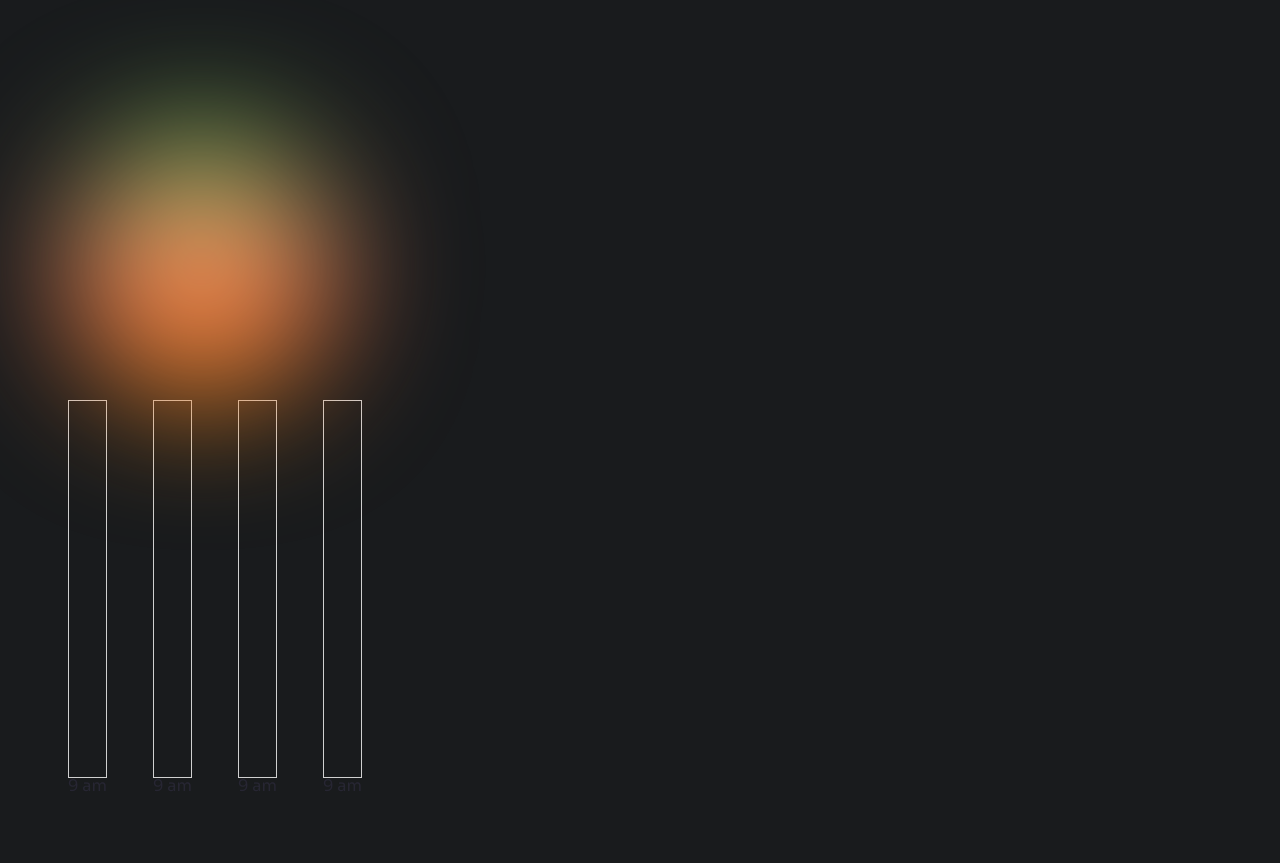
Repository: anhthiethumg/Task_Managerment_Website
Page: index.html
The author's editor kept a copy of each file at every save. The page is drawn from the files as they stood at one save, then again after a run of saves.
The browser window is 1280 px wide. The pictures show the part of the page from y = 2400 to 3263 px (the page is 3263 px tall).
A picture or video elsewhere on the page could not be fetched, so the positions and the page height are approximate.

Above is the page before, as saved 2023-07-31 08:36:44.

### index.html
<!DOCTYPE html>
<html lang="en">
  <head>
    <meta charset="UTF-8" />
    <meta name="viewport" content="width=device-width, initial-scale=1.0" />
    <title>Task Managerment Website</title>
    <!-- Reset Css -->
    <link rel="stylesheet" href="./assets/css/reset.css" />

    <!-- CSS -->
    <link rel="stylesheet" href="./assets/css/styles.css" />

    <!-- Embed Font-->

    <link rel="preconnect" href="https://fonts.googleapis.com" />
    <link rel="preconnect" href="https://fonts.gstatic.com" crossorigin />
    <link
      href="https://fonts.googleapis.com/css2?family=Sora:wght@400;600;700;800&display=swap"
      rel="stylesheet"
    />
  </head>
  <body>
    <!-- Header -->
    <section class="header">
      <div class="container">
        <navbar class="row nav">
          <img src="./assets/image/logo.svg" alt="Task." />
          <div class="nav-list">
            <a class="nav-item" href="#!">Home</a>
            <a class="nav-item" href="#!">Products</a>
            <a class="nav-item" href="#!">Guidlines</a>
            <a class="nav-item" href="#!">Guidlines</a>
          </div>
          <button class="btn nav-btn">Sign In</button>
        </navbar>
        <section class="hero">
          <div class="row hero__content">
            <div class="stacked-circles">
              <div class="circles"></div>
              <div class="circles"></div>
              <div class="circles"></div>
              <div class="circles"></div>
            </div>
            <div class="hero--content__heading">
              <h1 class="hero__heading">
                Make <span class="heading__liner">Management</span> Way More
                Easier Than Ever
              </h1>
              <p class="hero__desc section-desc">
                The online collaborative management platform to bring more
                efficiency and performace
              </p>
              <div class="hero-btn row">
                <button type="button" class="btn hero__btn">
                  Request Demo
                </button>
                <button type="button" class="btn hero__btn">Contact Us</button>
              </div>
            </div>
            <div class="stacked-circles">
              <div class="circles"></div>
              <div class="circles"></div>
              <div class="circles"></div>
              <div class="circles"></div>
            </div>
          </div>
          <section class="task-manager row">
            <sidebar class="sidebar">
              <div class="row sidebar__header">
                <img
                  src="./assets/icons/icon-sidebar.svg"
                  alt="icon-sidebar"
                  class="icon__sidebar"
                />
                <img
                  src="./assets/icons/dashboard-icon.svg"
                  alt="dashboard-icon"
                  class="dashboard-icon"
                />
                <h4 class="sidebar__heading">Dashboard</h4>
              </div>
              <div class="sidebar__list">
                <h4 class="sidebar__list--heading">Collections</h4>
                <div class="sidebar__list--item">
                  <h5 class="sidebar__item--content">School</h5>
                </div>
                <div class="sidebar__list--item">
                  <h5 class="sidebar__item--content">Personal</h5>
                </div>
              </div>
            </sidebar>
            <section class="task-manager__section">
              <div class="task__header row">
                <img src="./assets/icons/school.png" alt="Back" class="back" />
                <img
                  src="./assets/icons/contact us icon.png"
                  alt="Contact"
                  class="contact-us"
                />
              </div>
              <div class="task__content row">
                <div class="list--work">
                  <div class="list-sort">Sort</div>
                  <div class="work--item">Finish the Easay collaboration</div>
                  <div class="work--item">Do the math for next monday</div>
                  <div class="work--item">
                    Read the next chapter of the book
                  </div>
                  <div class="work--item">
                    Send the collabaration files to jerusha
                  </div>
                  <div class="work--item">
                    Finish the powerpoint presentation
                  </div>
                  <div class="work--item">Add task</div>
                </div>
                <div class="daily-task">
                  <div class="dailytask__heading">Daily task.</div>
                  <img
                    class="dailytask__img"
                    src="./assets/image/Rectangle 50.png"
                    alt="Daily task"
                  />
                </div>
              </div>
              <div class="card">
                <div class="card__heading">Collections</div>
                <div class="card__list">
                  <div class="card__item">
                    <div class="card__item--icon"></div>
                    <div class="card__item--content">
                      <h4 class="card__item--title">School</h4>
                      <p class="card__item--desc">4 task plus tomorrow.</p>
                    </div>
                  </div>
                  <div class="card__item">
                    <div class="card__item--icon"></div>
                    <div class="card__item--content">
                      <h4 class="card__item--title">Personal</h4>
                      <p class="card__item--desc">1 task plus today.</p>
                    </div>
                  </div>
                  <div class="card__item">
                    <div class="card__item--icon"></div>
                    <div class="card__item--content">
                      <h4 class="card__item--title">Design</h4>
                      <p class="card__item--desc">3 task plus rewt week.</p>
                    </div>
                  </div>
                </div>
              </div>
            </section>
          </section>
        </section>
      </div>
    </section>

    <!-- Main -->
    <main class="main">
      <div class="container">
        <!-- Services -->
        <section class="services">
          <div class="services__icon--list">
            <div class="services__icon--bg">
              <img
                src="./assets/icons/report.png"
                alt="Report"
                class="services__icon"
              />
            </div>
            <img src="./assets/icons/dash line-1.svg" alt="dash-line" />
            <div class="services__icon--bg">
              <img
                src="./assets/icons/server.png"
                alt="Server"
                class="services__icon"
              />
            </div>

            <img src="./assets/icons/dash line-1.svg" alt="dash-line" />
            <div class="services__icon--bg">
              <img
                src="./assets/icons/support.png"
                alt="Support"
                class="services__icon"
              />
            </div>
          </div>
          <div class="services__list row">
            <div class="services__items">
              <h3 class="services__heading">Structured Reports</h3>
              <p class="services__desc">
                Sed rhoncus sit sed tellus donec lorem lectus nunc, ornare
              </p>
            </div>
            <div class="services__items">
              <h3 class="services__heading">Cloud System</h3>
              <p class="services__desc">
                Sed rhoncus sit sed tellus donec lorem lectus nunc, ornare
              </p>
            </div>
            <div class="services__items">
              <h3 class="services__heading">24/7 Support</h3>
              <p class="services__desc">
                Sed rhoncus sit sed tellus donec lorem lectus nunc, ornare
              </p>
            </div>
          </div>
        </section>

        <!-- Static -->

        <section class="static row">
          <section class="static__content">
            <h2 class="static__heading section__heading">
              Okay, <span class="heading__liner">Let’s</span> see D’task in
              numbers
            </h2>
            <p class="static__desc section__desc">
              Powering a productive team means using a powerful tool (and plenty
              of snacks). From meetings and projects to events and goal setting,
              D'taak intuitive features give any team the ability to quickly set
              up and customize workflows for just about anything
            </p>
            <div class="static__dot row">
              <div class="dot"></div>
              <div class="dot"></div>
              <div class="dot"></div>
            </div>
            <div class="static__list row">
              <div class="static__item">
                <div class="static--item__number">12M</div>
                <div class="static--item__title">Support</div>
              </div>
              <div class="static__item">
                <div class="static--item__number">16</div>
                <div class="static--item__title">Active User</div>
              </div>
              <div class="static__item">
                <div class="static--item__number">7/24</div>
                <div class="static--item__title">Languages</div>
              </div>
            </div>
          </section>
          <div class="static__media">
            <img
              class="static--media__bg"
              src="./assets/image/static_background.svg"
              alt="background"
            />
            <div class="dash-shape"></div>
            <div class="dash-shape"></div>
            <div class="dash-shape"></div>
            <div class="dash-shape"></div>
            <!-- <div class="static--media__item row">
              <h3 class="static--media__title ">
                <span class="heading__liner">Online Support</span>
              </h3>
              <img class="static--media__icons" src = "./assets/icons/video-button.svg"/>
            </div>
            <div class="static--media__item row">
              <h3 class="static--media__title ">
                <span class="heading__liner">Exercitation</span>
              </h3>
              <img class="static--media__icons" src = "./assets/icons/Exercitation-icon.svg"/>
            </div>
            <div class="static--media__item row">
              <h3 class="static--media__title ">
                <span class="heading__liner">D’ task</span>
              </h3>
              <img class="static--media__icons" src = "./assets/icons/video-button.svg"/>
            </div>
            <div class="static--media__item row">
              <h3 class="static--media__title ">
                <span class="heading__liner">Design</span>
              </h3>
              <img class="static--media__icons" src = "./assets/icons/video-button.svg"/>
            </div> -->
          </div>
        </section>
      </div>
      <!-- Features -->
      <section class="features">
        <div class="container row">
          <div class="feature__meida">
            <div class="shape--blur"></div>
            <div class = "block--line">
              <div class="dash--line">
                <div class="line"></div>
                <div class="dash-line__content">
                  9 am
                </div>
              </div>
              <div class="dash--line">
                <div class="line"></div>
                <div class="dash-line__content">
                  9 am
                </div>
              </div>
              <div class="dash--line">
                <div class="line"></div>
                <div class="dash-line__content">
                  9 am
                </div>
              </div>
              <div class="dash--line">
                <div class="line"></div>
                <div class="dash-line__content">
                  9 am
                </div>
              </div>
            </div>
          </div>
          <div class="feature__content"></div>
        </div>
      </section>
    </main>
  </body>
</html>

### assets/css/styles.css
* {
  box-sizing: border-box;
}

html {
  font-size: 62.5%;
}

:root {
  color: var(--text-color-gray-2, #282c30);
  color: var(--text-color-white, #f9f9f9);
  color: var(
    --primary-color-leniar-color,
    linear-gradient(90deg, #eb9204 1.67%, #83e868 89.99%)
  );
  color: var(--primary-color-background, #131517);
  color: var(--text-color-dark-blue, #272633);
}

body {
  font-size: 1.6rem;
  font-family: "Sora", sans-serif;
  background: var(--primary-color-background, #131517);
}

/* Common */

a {
  text-decoration: none;
}

.container {
  width: 1144px;
  margin: 0 auto;
}

.row {
  display: flex;
}

.btn {
  width: 110px;
  height: 40px;
  border-radius: 8px;
  border: 1px solid var(--text-color-dark-blue, #272633);
  background: #131517;
  text-align: center;
}

.section__desc {
  color: var(--text-color-gray-1, #858b93);
  text-align: center;
  font-size: 1.6rem;
  font-weight: 400;
  line-height: 1.625;
}

.section__heading {
  color: var(--text-color-white, #f9f9f9);
  font-size: 4rem;
  font-weight: 600;
}
/* Header */

.header {
  margin-top: 40px;
  margin-bottom: 140px;
  padding-top: 10px;
}

/* Navbar */

.nav {
  justify-content: space-between;
  align-items: center;
  height: 40px;
  margin-bottom: 157px;
}

.nav-item {
  margin-right: 36px;
  color: var(--text-color-gray-1, #858b93);
  font-size: 1.6rem;
  font-weight: 400;
  line-height: 1.5;
}

.nav-item:hover {
  color: var(--text-color-white, #f9f9f9);
  text-decoration: underline;
}

.nav-btn {
  background: var(
    --primary-color-leniar-color,
    linear-gradient(90deg, #eb9204 1.67%, #83e868 89.99%)
  );
  background-clip: text;
  -webkit-background-clip: text;
  -webkit-text-fill-color: transparent;
  font-size: 1.6rem;
  font-weight: 400;
  line-height: 1.5;
}

/* hero-content */
.hero__content {
  padding: 0 25px;
  justify-content: space-between;
}
.hero__heading {
  margin: 0 auto 34px;
  width: 783px;
  color: var(--text-color-white, #f9f9f9);
  text-align: center;
  font-size: 6rem;
  font-weight: 700;
  line-height: 1.17;
}

.heading__liner {
  background: var(
    --primary-color-leniar-color,
    linear-gradient(90deg, #eb9204 1.67%, #83e868 89.99%)
  );
  background-clip: text;
  -webkit-background-clip: text;
  -webkit-text-fill-color: transparent;
}

.hero__desc {
  width: 447px;
  margin: 0 auto 44px;
}

.hero-btn {
  justify-content: center;
  gap: 30px;
}

.hero__btn {
  margin-bottom: 111px;
  width: 199px;
  height: 54px;
  color: var(--text-color-white, #f9f9f9);
  font-size: 1.6rem;
  font-weight: 400;
  line-height: 1.625;
}

.hero__btn:hover {
  background: var(
    --primary-color-leniar-color,
    linear-gradient(90deg, #eb9204 1.67%, #83e868 89.99%)
  );
}

/* hero circle */

.stacked-circles {
  display: flex;
  flex-direction: column;
  align-items: center;
  margin-top: -75px;
}

.circles {
  fill: linear-gradient(180deg, #111118 4.96%, rgba(43, 43, 61, 0) 100%);
  box-shadow: 0px 39px 31px 0px #313141 inset;
  border-radius: 50%;
}
.circles:first-child {
  width: 121px;
  height: 121px;
  margin-bottom: 41px;
}

.circles:nth-child(2) {
  width: 39px;
  height: 39px;
  margin-bottom: 36px;
}

.circles:nth-child(3) {
  width: 25px;
  height: 25px;
  margin-bottom: 39px;
}

.circles:last-child {
  width: 14px;
  height: 14px;
  flex-shrink: 0;
}

/* task manager */

.task-manager {
  width: 848px;
  height: 366px;
  border-radius: 8px 8px 0px 0px;
  background: #1f2326;
  margin-left: 180px;
}

.sidebar {
  padding: 18px 0 0 16px;
}

.sidebar__header {
  width: 192px;
  height: 39px;
  align-items: center;
}

.icon__sidebar {
  width: 9px;
  height: 9px;
  margin-right: 25px;
}

.dashboard-icon {
  width: 13px;
  height: 11px;
  margin-right: 17px;
}

.sidebar__heading {
  color: #98989c;
  font-size: 1.4rem;
  font-weight: 600;
}

.sidebar__list--heading {
  margin: 15px 0 15px;
  color: var(--text-color-white, #f9f9f9);
  font-size: 1.4rem;
  font-weight: 600;
}

.sidebar__list--item {
  width: 192px;
  height: 39px;
  display: flex;
  align-items: center;
}

.sidebar__list--item:hover {
  background: #2b2d2f;
}
.sidebar__item--content {
  color: var(--text-color-gray-1, #858b93);
  font-size: 1.2rem;
  font-weight: 600;
  opacity: 0.6000000238418579;
  display: flex;
  align-items: center;
}

.sidebar__item--content::before {
  display: inline-block;
  content: " ";
  width: 17px;
  height: 17px;
  border-radius: 5px;
  background: #ae8ff9;
  margin-right: 10px;
}

.task-manager__section {
  position: relative;
  margin-top: 28px;
  margin-right: 15px;
  background: #0d1012;
  width: 100%;
  padding: 30px;
}

.task__header {
  margin-left: 140px;
  justify-content: space-between;
}

.list--work {
  width: 362px;
  margin-right: 52px;
}

.list-sort {
  color: #838386;
  font-size: 1.2rem;
  font-weight: 400;
  text-align: right;
  height: 30px;
}

.list-sort::before {
  display: inline-block;
  content: " ";
  width: 10px;
  height: 5px;
  border-radius: 5px;
  margin-right: 10px;
  background-image: url(../icons/sort.svg);
  margin-left: 10px;
}
.work--item {
  display: flex;
  align-items: center;
  margin-bottom: 10px;
  width: 100%;
  height: 30px;
  border-radius: 10px;
  background: #14181b;
  color: #9ea1a7;
  font-size: 1rem;
  font-weight: 300;
}

.work--item:before {
  display: inline-block;
  content: " ";
  width: 14px;
  height: 14px;
  border-radius: 5px;
  margin-right: 10px;
  background-image: url(../icons/check.svg);
  margin-left: 10px;
}

.work--item:last-child:before {
  background-image: url(../icons/add.svg);
}

.dailytask__heading {
  color: var(--text-color-white, #f9f9f9);
  font-size: 1.4rem;
  font-weight: 400;
  margin-bottom: 20px;
}

.dailytask__img {
  width: 167px;
  height: 218px;
  flex-shrink: 0;
  border-radius: 17px;
  background: rgba(13, 16, 18, 0.24);
}

.card {
  position: absolute;
  width: 216px;
  height: 335px;
  border-radius: 15px 15px 22px 22px;
  background: #0d1012;
  padding: 26px 15px;
  left: -295px;
  top: 150px;
}

.card__heading {
  color: #f9f9f9;
  font-size: 1.4rem;
  font-weight: 600;
  margin-left: 10px;
  margin-bottom: 21px;
}

.card__item {
  display: flex;
  align-items: center;
  width: 188px;
  height: 78px;
  border-radius: 13px;
  background: #14181b;
  margin-bottom: 8px;
}
.card__item--icon {
  width: 33px;
  height: 33px;
  border-radius: 12px;
  margin: 12px;
}

.card__item:first-child .card__item--icon {
  background: var(--primary-color-dark-orange, #ff7667);
}

.card__item:nth-child(2) .card__item--icon {
  background: var(--primary-color-blue, #ae8ff9);
}

.card__item:last-child .card__item--icon {
  background: var(--primary-color-green, #0cce84);
}

.card__item--title {
  color: #fff;
  font-size: 1.4rem;
  font-weight: 600;
  margin-bottom: 3px;
}

.card__item--desc {
  color: var(--text-color-gray-1, #858b93);
  font-size: 1rem;
  font-weight: 400;
}

/* services */

.services {
  padding: 41px 50px 53px 50px;
  margin-top: 286px;
  margin-bottom: 140px;
  width: 1096px;
  height: 331px;
  border-radius: 27px;
  background: var(--text-color-gray-2, #282c30);
}

.services__icon--list {
  display: flex;
  align-items: center;
  justify-content: space-around;
  margin: 30px 50px;
}

.services__icon--bg {
  background: var(--primary-color-green, #0cce84);
  width: 62px;
  height: 62px;
  border-radius: 50%;
  display: flex;
  align-items: center;
  justify-content: center;
}

.services__icon--bg:nth-child(2) {
  background: var(--primary-color-dark-yellow, #ef8f00);
}

.services__icon--bg:last-child {
  background: var(--primary-color-blue, #ae8ff9);
}
.services__icon {
  width: 32px;
  height: 32px;
}

.services__list {
  justify-content: space-between;
}

.services__items {
  width: 238px;
  text-align: center;
}

.services__heading {
  color: var(--text-color-white, #f9f9f9);
  font-size: 2.2rem;
  font-weight: 600;
  line-height: 1.45;
}

.services__desc {
  color: #858b93;
  font-size: 1.6rem;
  font-weight: 400;
  line-height: 1.625;
}

/* Static */
.static__content {
  width: 537px;
  margin-bottom: 140px;
}
.static__heading {
  width: 368px;
  margin-bottom: 22px;
}

.static__desc {
  width: 537px;
  height: 106px;
  text-align: left;
  margin-bottom: 86px;
}

.static__dot {
  gap: 6px;
  justify-content: center;
  margin-bottom: 28px;
  margin-left: -105px;
}
.dot {
  width: 6px;
  height: 6px;
  border-radius: 50%;
  background: #838386;
}

.dot:nth-child(2) {
  background: #ef8f00;
}

.static__list {
  gap: 17px;
}
.static__item {
  text-align: center;
  padding-top: 21px;
  width: 132px;
  height: 127px;
  border-radius: 9px;
  background: var(--text-color-dark-blue, #272633);
}

.static__item:nth-child(odd) {
  margin-top: -30px;
}

.static__item:nth-child(2) {
  background: linear-gradient(
    191deg,
    #c4f566 7.35%,
    #ae8ef9 28.41%,
    #ef8f00 60.81%,
    #61e559 100%
  );
}

.static__item:nth-child(2) .static--item__title {
  color: var(--text-color-white, #f9f9f9);
}
.static--item__number {
  color: var(--text-color-white, #f9f9f9);
  font-size: 3rem;
  font-weight: 600;
  margin-bottom: 16px;
}

.static--item__title {
  color: var(--text-color-gray-1, #858b93);
  font-size: 1.6rem;
  font-weight: 400;
  line-height: 1.625;
}

.static__media {
  position: relative;
}

.static--media__bg {
  position: absolute;
}
.dash-shape {
  position: absolute;
  width: 455px;
  height: 455px;
  border-radius: 455px;
  border: 2px dashed #2f2f2f;
  top: 50px;
  left: 50px;
}

.dash-shape:nth-child(2) {
  width: 336px;
  height: 336px;
  top: 110px;
  left: 110px;
}

.dash-shape:nth-child(3) {
  width: 209px;
  height: 209px;
  background: #6aea5c;
  opacity: 0.5;
  border: 2px solid #6aea5c;
  top: 170px;
  left: 170px;
}

.dash-shape:nth-child(4) {
  width: 137px;
  height: 137px;
  background: #6aea5c;
  border: 2px solid #6aea5c;
  top: 205px;
  left: 205px;
}
/*
.static--media__item {
  position: absolute;
  justify-content: space-between;
  align-items: center;
  width: 225px;
  height: 61px;
  border-radius: 5px;
  background: #27292c;
  padding: 20px;

}

.static--media__item:nth-child(1) {
  top: 50px;
  left: 150px;
}
.static--media__item:nth-child(2) {
  top: 450px;
  left: 150px;
}
.static--media__item:nth-child(3) {
  top: 150px;
  left: 10px;
}
.static--media__item:nth-child(4) {
  top: 150px;
  left: 150px;
} */

/* Feature */
.features {
  background: #191b1d;
  padding: 153px 0 85px 0;
}

.shape--blur {
  width: 267px;
  height: 267px;
  border-radius: 267px;
  background: linear-gradient(180deg, #6aea5c 0%, #fd7566 48.53%, #ef8f00 100%);
  filter: blur(66px);
}

.block--line {
  width: 294px;
  height: 378px;
  display: flex;
  justify-content: space-between;
}

.line {
  height: 100%;
  border:2xp solid #D0D0D0 ;
  border:  1px solid #D0D0D0;
}

Loaded but not shown: assets/css/reset.css (common file)

After the next 3 saves:
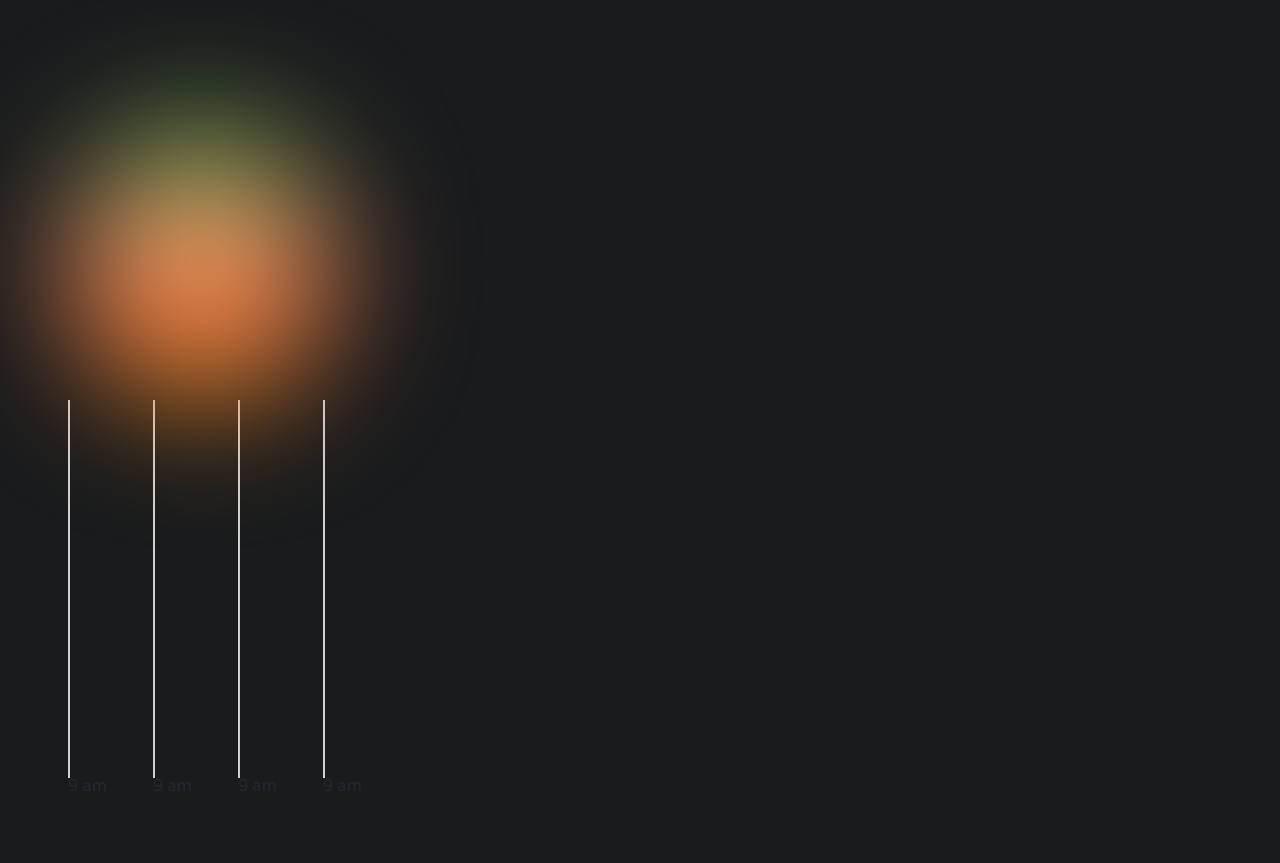
The 3 saves are shown as one change because they came seconds apart.
The last was saved 22 s later.
--- a/assets/css/styles.css
+++ b/assets/css/styles.css
@@ -643,6 +643,7 @@ a {
 
 .line {
   height: 100%;
+  width: 2px;
   border:2xp solid #D0D0D0 ;
   border:  1px solid #D0D0D0;
 }
